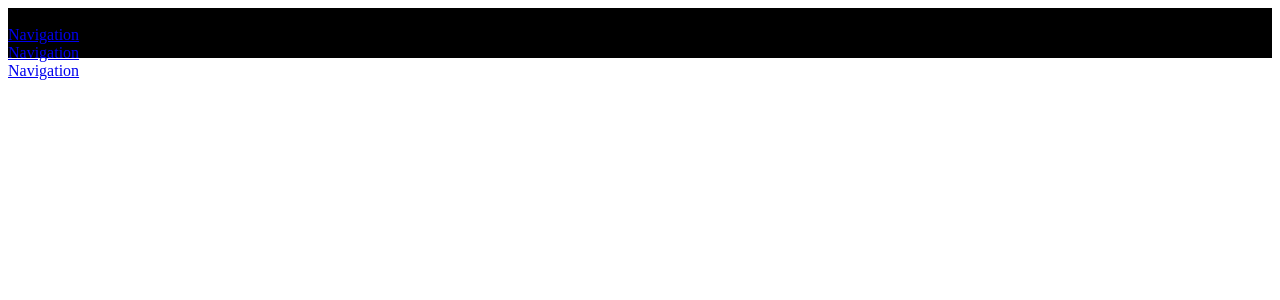
Repository: piotrokrutniak/Projekt-Studia
Page: index.html
The author's editor kept a copy of each file at every save. The page is drawn from the files as they stood at one save, then again after the next save.
The browser window is 1280 px wide. The pictures show the whole page.

Above is the page before, as saved 2023-03-04 02:10:17.

### index.html
<!DOCTYPE html>
<head>
    <meta charset="UTF-8" />
    <meta http-equiv="X-UA-Compatible" content="IE=edge" />
    <meta name="viewport" content="width=device-width, initial-scale=1.0" />
    <link rel="stylesheet" type="text/css" href="styles.css" />
    <title>Websute Title</title>
</head>
<body>
    <div class="navbar-container">
        <div class="navbar">
            <div class="logo">WebsiteLogo</div>
            <div class="navigation">
                <a href="/index">
                    <div class="navigation-button">
                        Navigation
                    </div>
                </a>
                <a href="/index">
                    <div class="navigation-button">
                        Navigation
                    </div>
                </a>
                <a href="/index">
                    <div class="navigation-button">
                        Navigation
                    </div>
                </a>
            </div>
        </div>
    </div>
</body>

### styles.css
.navbar{
    width: 100%;
    height: 50px;
    background: black;
    position: sticky;
    top: 0;
}

After the next save:
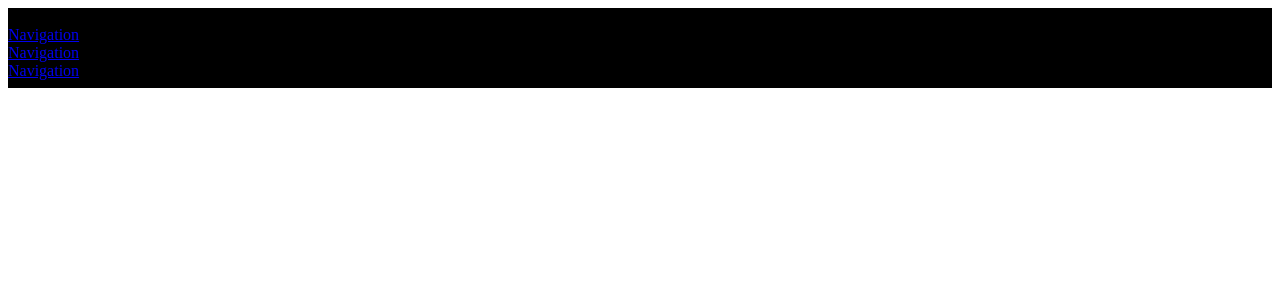
Saved 9 s later.
--- a/styles.css
+++ b/styles.css
@@ -1,6 +1,6 @@
 .navbar{
     width: 100%;
-    height: 50px;
+    height: 80px;
     background: black;
     position: sticky;
     top: 0;
